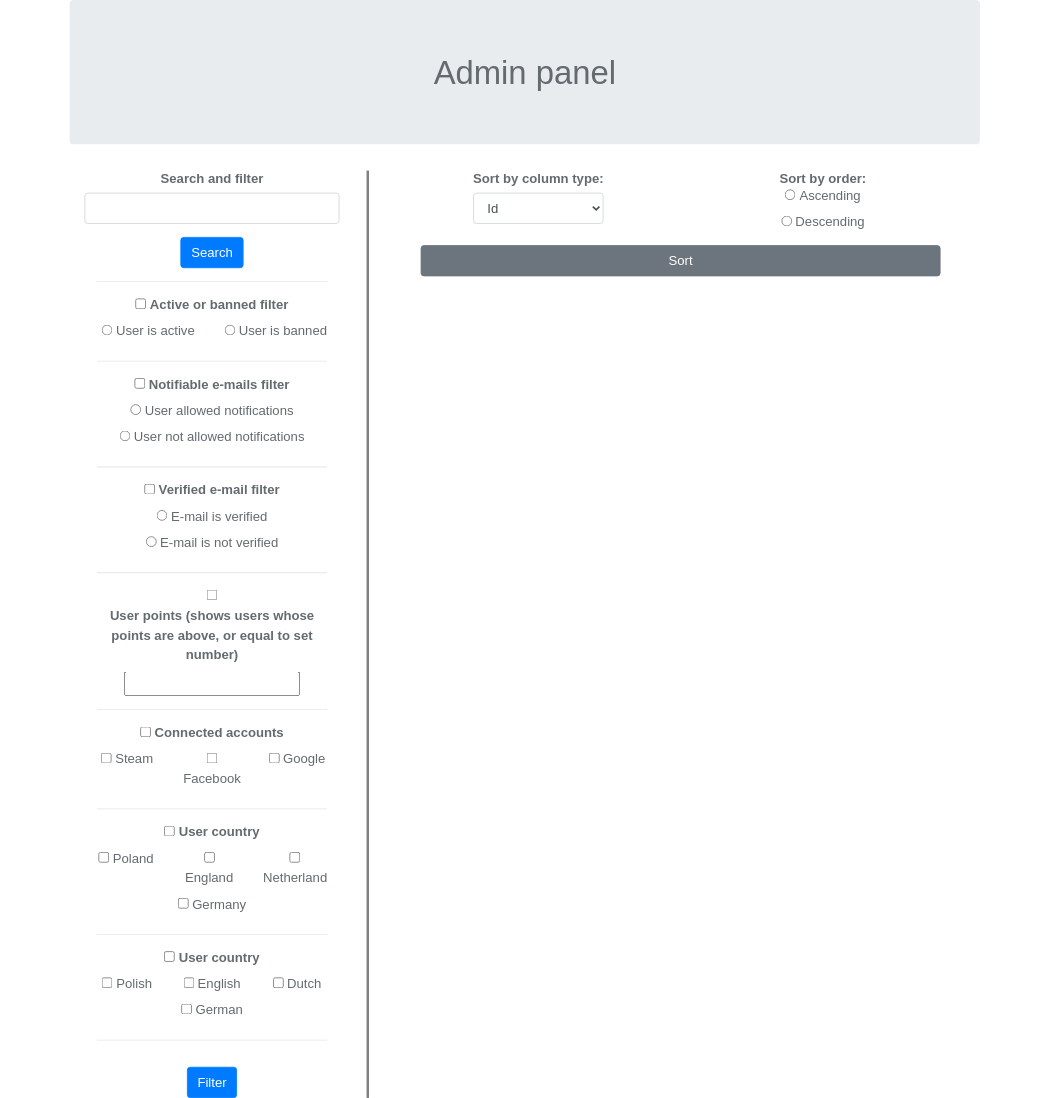
Repository: WOLVGVNG/gameclan
Page: resources/views/admin_panel.blade.php
These files come from the project's save history. The page is drawn as it stood at one moment and after the next save; the edit follows.
The browser window is 1280 px wide. The pictures show the whole page, at 82% of full size.
The page is served by the project's Laravel application, run on PHP 8.4 with Laravel 8. Other server files are loaded and not shown. The template is opened directly, without the code that normally fills it, so the values that code supplies are empty.

Above is the page before, as saved 2019-03-20 23:26:08.

### routes/web.php
<?php

/*
|--------------------------------------------------------------------------
| Web Routes
|--------------------------------------------------------------------------
|
| Here is where you can register web routes for your application. These
| routes are loaded by the RouteServiceProvider within a group which
| contains the "web" middleware group. Now create something great!
|
*/

Route::get('/', 'AdminPanelController@index');

### resources/views/admin_panel.blade.php
@extends('layout.app')
@section('content')
<div class='container text-center'>
    <h1 class='jumbotron'>Admin panel</h1>
    <form action='/' method='GET'>
        <div class='row'>
            <div class='col-md-4 px-4 px-md-5' id='filter-div'>
                <!-----------------------------SZUKANIE---------------------------->
                <div class='row'>
                    <h6 class='font-weight-bold mx-auto'>Search and filter</h6>
                    <input type='text' class='form-control' name='search' value='{{ session('search') }}'>
                </div>
                <div class='row'>
                    <button type='submit' class='btn btn-primary mt-3 mx-auto'>Search</button>
                </div>
                <hr>

                <!-----------------------------FILTROWANIE---------------------------->
                <input type='checkbox' name='filter_active_switch' id='active_switch' value=true @if(session('filter_active_switch')==true) echo checked @endif>
                <label for='active_switch' class='font-weight-bold text-center'>Active or banned filter</label>
                <div class='row'>
                    <div class='col'>
                        <input type='radio' name='filter_active' id='active' value='active' @if(session('filter_active')=='active') echo checked @endif>
                        <label for='active'>User is active</label>
                    </div>
                    <div class='col'>
                        <input type='radio' name='filter_active' id='banned' value='banned' @if(session('filter_active  ')=='banned') echo checked @endif>
                        <label for='banned'>User is banned</label>
                    </div>
                </div>

                <hr>

                <input type='checkbox' name='filter_notifiable_email_switch' id='notifiable_email_switch' value=true @if(session('filter_notifiable_email_switch')==true) echo checked @endif>
                <label for='notifiable_email_switch' class='font-weight-bold text-center'>Notifiable e-mails filter</label>
                <div class='row'>
                    <div class='col mx-auto'>
                        <div class='col-12'>
                            <input type='radio' name='filter_notifiable_email' id='notifiable_email_yes' value='true' @if(session('filter_notifiable_email')=='true') echo checked @endif>
                            <label for='notifiable_email_yes'>User allowed notifications</label>
                        </div>
                        <div class='col-12'>
                            <input type='radio' name='filter_notifiable_email' id='notifiable_email_no' value='false' @if(session('filter_notifiable_email')=='false') echo checked @endif>
                            <label for='notifiable_email_no'>User not allowed notifications</label>
                        </div>
                    </div>
                </div>

                <hr>

                {{--<input type='checkbox' name='filter_emails_switch' id='email_switch' value=true @if(session('filter_emails_switch')==true) echo checked @endif>
                <label for='email_switch' class='font-weight-bold text-center'>Users' email's providers</label>
                <div class='row'>
                    <div class='col'>
                        <input type='checkbox' name='filter_emails[]' id='gmail' value='gmail'>
                        <label for='gmail'>Gmail</label>
                    </div>
                    <div class='col'>
                        <input type='checkbox' name='filter_emails[]' id='outlook' value='outlook'>
                        <label for='outlook'>Outlook</label>
                    </div>
                    <div class='col'>
                        <input type='checkbox' name='filter_emails[]' id='yahoo' value='yahoo'>
                        <label for='yahoo'>Yahoo</label>
                    </div>
                    <div class='col'>
                        <input type='checkbox' name='filter_emails[]' id='yandex' value='yandex'>
                        <label for='yandex'>Yandex</label>
                    </div>
                    <div class='col'>
                        <input type='checkbox' name='filter_emails[]' id='icloud' value='icloud'>
                        <label for='icloud'>Icloud</label>
                    </div>
                    <div class='col'>
                        <input type='checkbox' name='filter_emails[]' id='onet' value='onet'>
                        <label for='onet'>Onet</label>
                    </div>
                </div>--}}

                <input type='checkbox' name='filter_verified_email_switch' id='verified_email_switch' value=true @if(session('filter_verified_email_switch')==true) echo checked @endif>
                <label for='verified_email_switch' class='font-weight-bold text-center'>Verified e-mail filter</label>
                <div class='row'>
                    <div class='col mx-auto'>
                        <div class='col-12'>
                            <input type='radio' name='filter_verified_email' id='verified_email_yes' value='true' @if(session('filter_verified_email')=='true') echo checked @endif>
                            <label for='verified_email_yes'>E-mail is verified</label>
                        </div>
                        <div class='col-12'>
                            <input type='radio' name='filter_verified_email' id='verified_email_no' value='false' @if(session('filter_verified_email')=='false') echo checked @endif>
                            <label for='verified_email_no'>E-mail is not verified</label>
                        </div>
                    </div>
                </div>

                <hr>

                <input type='checkbox' name='filter_points_switch' id='points_switch' value=true @if(session('filter_points_switch')==true) echo checked @endif>
                <label for='points_switch' class='font-weight-bold text-center'>User points (shows users whose points are above, or equal to set number)</label>
                <div class='row'>
                    <div class='col-12'>
                        <input type='number' name='filter_points' value={{session('filter_points')}}>
                    </div>
                </div>

                <hr>

                <input type='checkbox' name='filter_connected_accounts_switch' id='connected_accounts_switch' value=true @if(session('filter_connected_accounts_switch')==true) echo checked @endif>
                <label for='connected_accounts_switch' class='font-weight-bold text-center'>Connected accounts</label>
                <div class='row'>
                    <div class='col'>
                        <input type='checkbox' name='filter_connected_accounts_steam' id='connected_accounts_steam' value='steam' @if(session('filter_connected_accounts_steam')=='steam') echo checked @endif>
                        <label for='connected_accounts_steam'>Steam</label>
                    </div>
                    <div class='col'>
                        <input type='checkbox' name='filter_connected_accounts_facebook' id='connected_accounts_facebook' value='facebook' @if(session('filter_connected_accounts_facebook')=='facebook') echo checked @endif>
                        <label for='connected_accounts_facebook'>Facebook</label>
                    </div>
                    <div class='col'>
                        <input type='checkbox' name='filter_connected_accounts_google' id='connected_accounts_google' value='google' @if(session('filter_connected_accounts_google')=='google') echo checked @endif>
                        <label for='connected_accounts_google'>Google</label>
                    </div>
                </div>

                <hr>

                <input type='checkbox' name='filter_geo_switch' id='geo_switch' value=true @if(session('filter_geo_switch')==true) echo checked @endif>
                <label for='geo_switch' class='font-weight-bold text-center'>User country</label>
                <div class='row'>
                    <div class='col'>
                        <input type='checkbox' name='filter_geo_poland' id='geo_poland' value='poland' @if(session('filter_geo_poland')=='poland') echo checked @endif>
                        <label for='geo_poland'>Poland</label>
                    </div>
                    <div class='col'>
                        <input type='checkbox' name='filter_geo_england' id='geo_england' value='england' @if(session('filter_geo_england')=='england') echo checked @endif>
                        <label for='geo_england'>England</label>
                    </div>
                    <div class='col'>
                        <input type='checkbox' name='filter_geo_netherland' id='geo_netherland' value='netherland' @if(session('filter_geo_netherland')=='netherland') echo checked @endif>
                        <label for='geo_netherland'>Netherland</label>
                    </div>
                    <div class='col'>
                        <input type='checkbox' name='filter_geo_germany' id='geo_germany' value='germany' @if(session('filter_geo_germany')=='germany') echo checked @endif>
                        <label for='geo_germany'>Germany</label>
                    </div>
                </div>

                <hr>

                <input type='checkbox' name='filter_lang_switch' id='lang_switch' value=true @if(session('filter_lang_switch')==true) echo checked @endif>
                <label for='lang_switch' class='font-weight-bold text-center'>User country</label>
                <div class='row'>
                    <div class='col'>
                        <input type='checkbox' name='filter_lang_pl' id='lang_pl' value='pl' @if(session('filter_lang_pl')=='pl') echo checked @endif>
                        <label for='lang_pl'>Polish</label>
                    </div>
                    <div class='col'>
                        <input type='checkbox' name='filter_lang_en' id='lang_en' value='en' @if(session('filter_lang_en')=='en') echo checked @endif>
                        <label for='lang_en'>English</label>
                    </div>
                    <div class='col'>
                        <input type='checkbox' name='filter_lang_nl' id='lang_nl' value='nl' @if(session('filter_lang_nl')=='nl') echo checked @endif>
                        <label for='lang_nl'>Dutch</label>
                    </div>
                    <div class='col'>
                        <input type='checkbox' name='filter_lang_ge' id='lang_ge' value='ge' @if(session('filter_lang_ge')=='ge') echo checked @endif>
                        <label for='lang_ge'>German</label>
                    </div>
                </div>

                <hr>

                <div class='row'>
                    <button type='submit' class='btn btn-primary mt-3 mx-auto'>Filter</button>
                </div>
            </div>

            <div class='col-md-8 px-4 px-md-5'>
                <!-----------------------------SORTOWANIE---------------------------->
                <div class='row'>
                    <div class='col-sm-6'>
                        <h6 class='font-weight-bold mt-4 mt-md-0'>Sort by column type:</h6>
                        <select class='form-control w-50 mx-auto' name='sort_type' value='{{ session('sort_type') }}'>
                            {{--<option>{{ session('sort_type') }}</option>--}}
                            <option value='id' @if(session('sort_type') == 'id') echo selected @endif>Id</option>
                            <option value='user_name' @if(session('sort_type') == 'user_name') echo selected @endif>User name</option>
                            <option value='email' @if(session('sort_type') == 'email') echo selected @endif>E-mail</option>
                            <option value='notifiable_email' @if(session('sort_type') == 'notifiable_email') echo selected @endif>Notifiable email</option>
                            <option value='email_verified_at' @if(session('sort_type') == 'email_verified_at') echo selected @endif>Email verification date</option>
                            <option value='points' @if(session('sort_type') == 'points') echo selected @endif>Points</option>
                            <option value='steam_id' @if(session('sort_type') == 'steam_id') echo selected @endif>Steam id</option>
                            <option value='facebook_id' @if(session('sort_type') == 'facebook_id') echo selected @endif>Facebook id</option>
                            <option value='google_id' @if(session('sort_type') == 'google_id') echo selected @endif>Google id</option>
                            <option value='geo' @if(session('sort_type') == 'geo') echo selected @endif>Country</option>
                            <option value='lang' @if(session('sort_type') == 'lang') echo selected @endif>Language</option>
                            <option value='ref' @if(session('sort_type') == 'ref') echo selected @endif>Ref</option>
                            <option value='ref_status' @if(session('sort_type') == 'ref_status') echo selected @endif>Ref status</option>
                            <option value='ref_code' @if(session('sort_type') == 'ref_code') echo selected @endif>Ref code</option>
                            <option value='deleted_at' @if(session('sort_type') == 'deleted_at') echo selected @endif>The date of removal</option>
                            <option value='created_at' @if(session('sort_type') == 'created_at') echo selected @endif>Creation date</option>
                            <option value='updated_at' @if(session('sort_type') == 'updated_at') echo selected @endif>Update date</option>
                        </select>
                    </div>
                    <div class='col-sm-6'>
                        <h6 class='font-weight-bold my-4 my-md-0'>Sort by order:</h6>
                        <input type='radio' name='sort_order' value='asc' id='asc'
                                @if(session('sort_order') == 'asc') echo checked @endif>
                        <label for='asc'>Ascending</label>
                        <br>
                        <input type='radio' name='sort_order' value='desc' id='desc'
                                @if(session('sort_order') == 'desc') echo checked @endif>
                        <label for='desc'>Descending</label>
                    </div>
                </div>
                <div class='col mt-2 mb-5'>
                    <button type='submit' class='btn btn-block btn-secondary'>Sort</button>
                </div>
            </form>

            <!-----------------------------WYŚWIETLANIE---------------------------->
            @foreach($users as $user)
                <div class='row mb-5 user-part-div'>
                    <div class='user-part-div col'>
                        <p class='font-weight-bold'>id</p>
                        <p>{{$user->id}}</p>
                    </div>
                    <div class='user-part-div col'>
                        <p class='font-weight-bold'>user_name</p>
                        <p>{{$user->user_name}}</p>
                    </div>
                    <div class='user-part-div col'>
                        <p class='font-weight-bold'>email</p>
                        <p>{{$user->email}}</p>
                    </div>
                    @if(isset($user->email_verified_at))
                        <div class='user-part-div col'>
                            <p class='font-weight-bold'>email_verified_at</p>
                            <p>{{$user->email_verified_at}}</p>
                        </div>
                    @endif
                    @if(isset($user->email_verified_at))
                        <div class='user-part-div col'>
                            <p class='font-weight-bold'>remember_token</p>
                            <p>{{$user->remember_token}}</p>
                        </div>
                    @endif
                    <div class='user-part-div col'>
                        <p class='font-weight-bold'>avatar</p>
                        <p>{{$user->avatar}}</p>
                    </div>
                    <div class='user-part-div col'>
                        <p class='font-weight-bold'>points</p>
                        <p>{{$user->points}}</p>
                    </div>
                    @if(isset($user->steam_id))
                        <div class='user-part-div col'>
                            <p class='font-weight-bold'>steam_id</p>
                            <p>{{$user->steam_id}}</p>
                        </div>
                    @endif
                    @if(isset($user->facebook_id))
                        <div class='user-part-div col'>
                            <p class='font-weight-bold'>facebook_id</p>
                            <p>{{$user->facebook_id}}</p>
                        </div>
                    @endif
                    @if(isset($user->google_id))
                        <div class='user-part-div col'>
                            <p class='font-weight-bold'>google_id</p>
                            <p>{{$user->google_id}}</p>
                        </div>
                    @endif
                    <div class='user-part-div col'>
                        <p class='font-weight-bold'>geo</p>
                        <p>{{$user->geo}}</p>
                    </div>
                    <div class='user-part-div col'>
                        <p class='font-weight-bold'>lang</p>
                        <p>{{$user->lang}}</p>
                    </div>
                    @if(isset($user->ref))
                        <div class='user-part-div col'>
                            <p class='font-weight-bold'>ref</p>
                            <p>{{$user->ref}}</p>
                        </div>
                    @endif
                    @if(isset($user->ref_status))
                        <div class='user-part-div col'>
                            <p class='font-weight-bold'>ref_status</p>
                            <p>{{$user->ref_status}}</p>
                        </div>
                    @endif
                    <div class='user-part-div col'>
                        <p class='font-weight-bold'>ref_code</p>
                        <p>{{$user->ref_code}}</p>
                    </div>
                    @if(isset($user->deleted_at))
                        <div class='user-part-div col'>
                            <p class='font-weight-bold'>deleted_at</p>
                            <p>{{$user->deleted_at}}</p>
                        </div>
                    @endif
                    <div class='user-part-div col'>
                        <p class='font-weight-bold'>created_at</p>
                        <p>{{$user->created_at}}</p>
                    </div>
                    @if(isset($user->updated_at))
                        <div class='user-part-div col'>
                            <p class='font-weight-bold'>updated_at</p>
                            <p>{{$user->updated_at}}</p>
                        </div>
                    @endif
                </div>
            @endforeach
        </div>
    </div>

    <!-----------------------------PAGINACJA---------------------------->
    <div class='row'>
        <div class='mx-auto'>
            {{ $users->links() }}
        </div>
    </div>
</div>
@endsection

### resources/views/layout/app.blade.php
<!doctype html>
<html lang="{{ str_replace('_', '-', app()->getLocale()) }}">
    <head>
        <meta charset="utf-8">
        <meta name="viewport" content="width=device-width, initial-scale=1">

        <title>Laravel</title>

        <link rel="stylesheet" href="https://stackpath.bootstrapcdn.com/bootstrap/4.3.1/css/bootstrap.min.css" integrity="sha384-ggOyR0iXCbMQv3Xipma34MD+dH/1fQ784/j6cY/iJTQUOhcWr7x9JvoRxT2MZw1T" crossorigin="anonymous">

        <style>
            html, body {
                background-color: #fff;
                color: #636b6f;
                font-family: 'Nunito', sans-serif;
                font-weight: 200;
                height: 100vh;
                margin: 0;
            }

            .user-part-div {
                border: 2px solid gray;
            }

            #filter-div {
                border-right: 3px solid gray;
            }
        </style>
    </head>
    <body>
        @yield('content')

    </body>
</html>

After the next save:
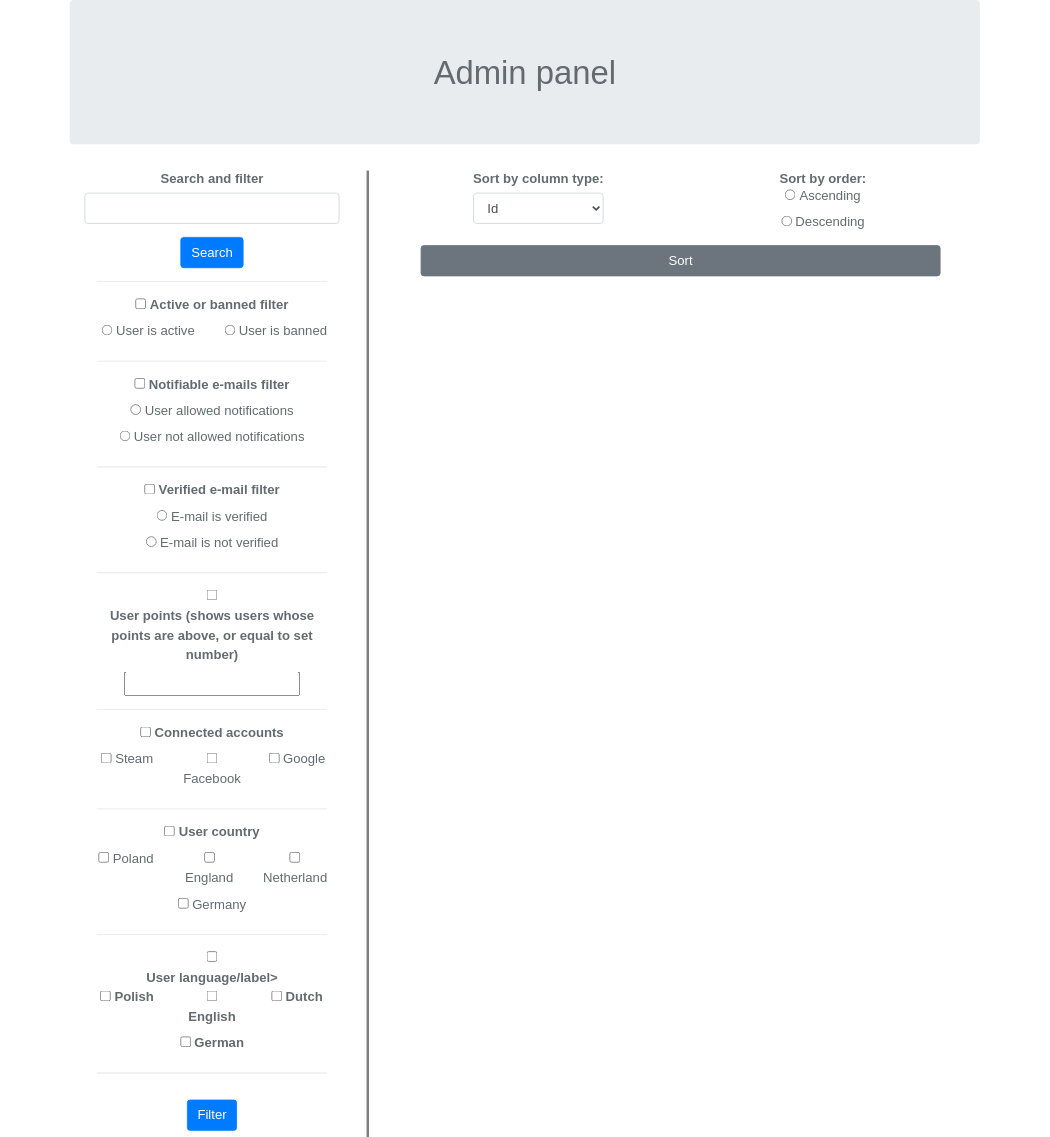
Saved 69 s later.
--- a/resources/views/admin_panel.blade.php
+++ b/resources/views/admin_panel.blade.php
@@ -147,7 +147,7 @@
                 <hr>
 
                 <input type='checkbox' name='filter_lang_switch' id='lang_switch' value=true @if(session('filter_lang_switch')==true) echo checked @endif>
-                <label for='lang_switch' class='font-weight-bold text-center'>User country</label>
+                <label for='lang_switch' class='font-weight-bold text-center'>User language/label>
                 <div class='row'>
                     <div class='col'>
                         <input type='checkbox' name='filter_lang_pl' id='lang_pl' value='pl' @if(session('filter_lang_pl')=='pl') echo checked @endif>
